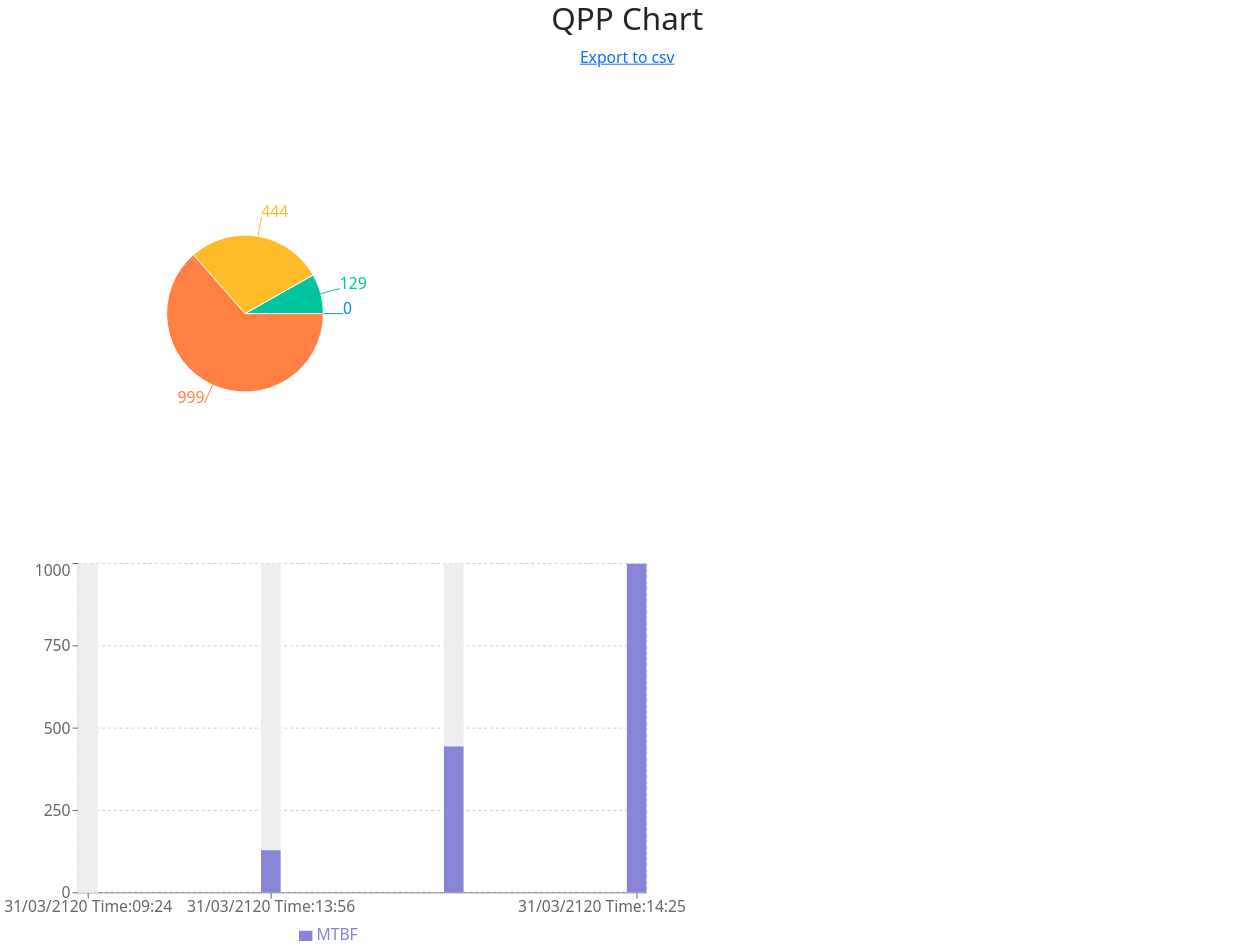
Repository: exiled-kal/ReactChartPrac
Page: /
An editor plug-in stored every save of this project. The page is shown before and after the next save, followed by the edit.
The browser window is 1280 px wide. The pictures show the whole page, at 98% of full size.
The project was rebuilt for these pictures with package versions that can differ from the ones it lists, and the page was loaded fresh each time.

Above is the page before, as saved 2021-04-18 15:48:50.

### src/App.js
import './App.css';
import {CSVLink} from 'react-csv';

import {
  PieChart,
  Pie,
  Tooltip,
  BarChart,
  Bar,
  XAxis,
  YAxis,
  CartesianGrid,
  Legend,
  Cell,
} from 'recharts';

const data = [
  {
    StartDateTime: '31/03/2120 Time:09:24',
    SystemUpTime: 6,
    OperationTime: 0,
    DownTime: 0,
    IdleTime: 0,
    MTBF: 0,
    MTBA: 0,
    TotalQuantityIn: 0,
    TotalQuantityOut: 0,
    TotalPassed: 0,
    TotalFailed: 0,
    TotalYield: 0,
    SoftJam: 0,
    HardJam: 0,
    SprintUPH: 514,
  },
  {
    LotID: 'QPP_Test',
    ProductType: 'RB',
    StartDateTime: '31/03/2120 Time:13:56',
    SystemUpTime: 499,
    OperationTime: 129,
    DownTime: 0,
    IdleTime: 364,
    MTBF: 129,
    MTBA: 129,
    TotalQuantityIn: 33,
    TotalQuantityOut: 12,
    TotalPassed: 2,
    TotalFailed: 10,
    TotalYield: 16,
    SoftJam: 0,
    HardJam: 0,
    SprintUPH: 514,
  },
  {
    LotID: 'QPP_Test',
    ProductType: 'RB',
    StartDateTime: '31/03/2120 Time:14:10',
    SystemUpTime: 1481,
    OperationTime: 444,
    DownTime: 0,
    IdleTime: 1028,
    MTBF: 444,
    MTBA: 444,
    TotalQuantityIn: 33,
    TotalQuantityOut: 28,
    TotalPassed: 4,
    TotalFailed: 24,
    TotalYield: 14,
    SoftJam: 0,
    HardJam: 0,
    SprintUPH: 514,
  },
  {
    LotID: 'QPP_Test',
    ProductType: 'RB',
    StartDateTime: '31/03/2120 Time:14:25',
    SystemUpTime: 2680,
    OperationTime: 999,
    DownTime: 0,
    IdleTime: 1581,
    MTBF: 999,
    MTBA: 999,
    TotalQuantityIn: 33,
    TotalQuantityOut: 170,
    TotalPassed: 61,
    TotalFailed: 109,
    TotalYield: 35,
    SoftJam: 0,
    HardJam: 0,
    SprintUPH: 514,
  },
];
const COLORS = ['#0088FE', '#00C49F', '#FFBB28', '#FF8042', '#ff0000'];

const csvReport = {
  filename: './data/data.csv',
  data: data,
};

function App() {
  return (
    <div style={{textAlign: 'center'}}>
      <h2>QPP Chart</h2>
      <CSVLink {...csvReport}>Export to csv</CSVLink>
      <br />
      <div className="App">
        <PieChart width={500} height={500}>
          <Pie
            dataKey="MTBF"
            isAnimationActive={true}
            data={data}
            cx="50%"
            cy="50%"
            outerRadius={80}
            fill="#8884d8"
            label="Start Date Time"
          >
            {data.map((entry, index) => (
              <Cell
                key={`cell-${index}`}
                fill={COLORS[index % COLORS.length]}
              />
            ))}
          </Pie>
          <Tooltip />
        </PieChart>
        <BarChart
          width={700}
          height={400}
          data={data}
          margin={{
            top: 5,
            right: 40,
            left: 20,
            bottom: 5,
          }}
          barSize={20}
        >
          <XAxis
            dataKey="StartDateTime"
            scale="point"
            padding={{left: 10, right: 10}}
          />

          <YAxis />
          <Tooltip />
          <Legend />
          <CartesianGrid strokeDasharray="3 3" />
          <Bar dataKey="MTBF" fill="#8884d8" background={{fill: '#eee'}} />
        </BarChart>
      </div>
    </div>
  );
}

export default App;

### src/App.css
.App {
  text-align: center;
  /* display: flex; */
  justify-content: space-around;
  align-items: center;
}

Loaded but not shown: public/index.html (common file); src/index.js (common file); src/index.css (common file); src/reportWebVitals.js (common file)

After the next save:
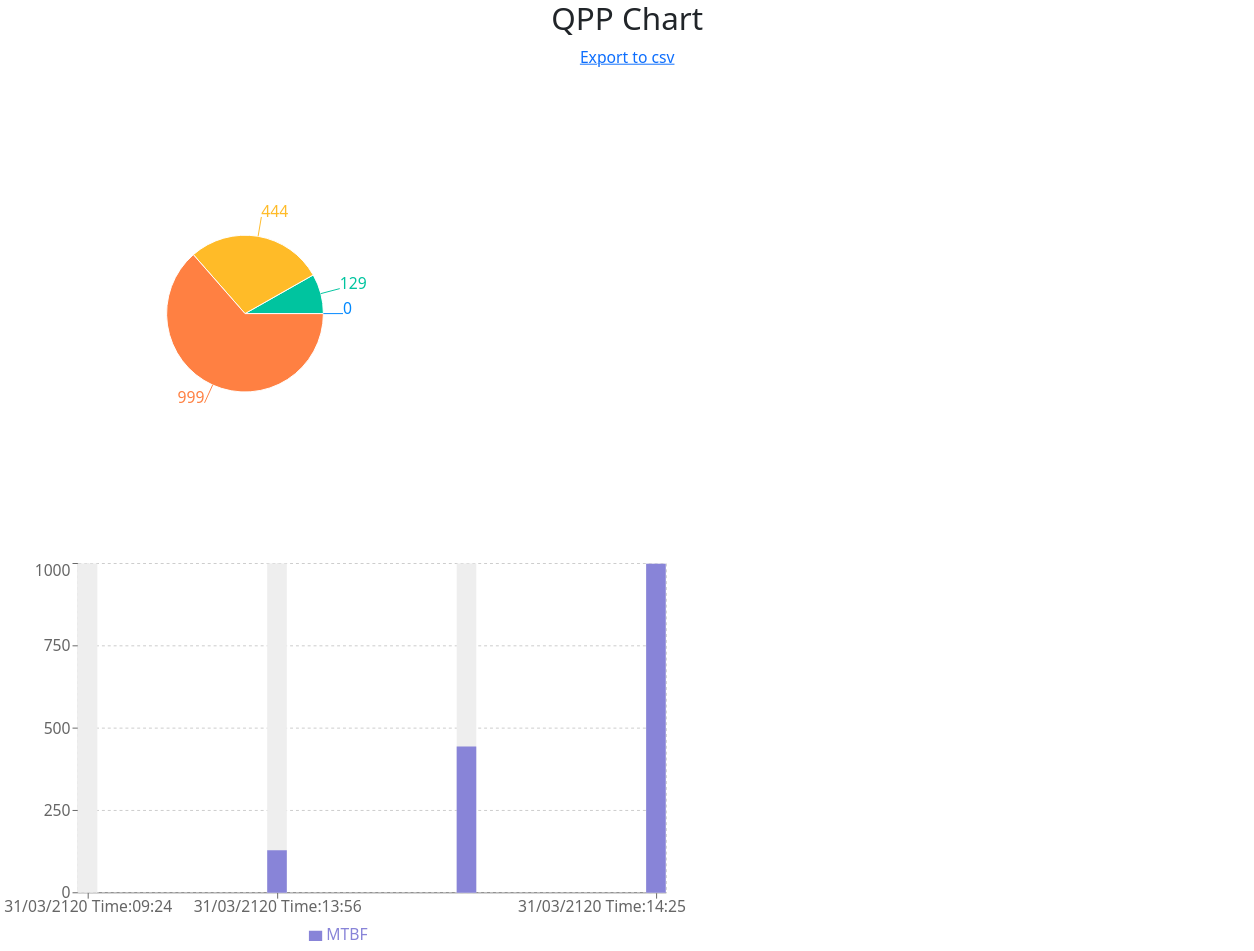
Saved 5 s later.
--- a/src/App.js
+++ b/src/App.js
@@ -130,7 +130,7 @@ function App() {
           data={data}
           margin={{
             top: 5,
-            right: 40,
+            right: 20,
             left: 20,
             bottom: 5,
           }}
